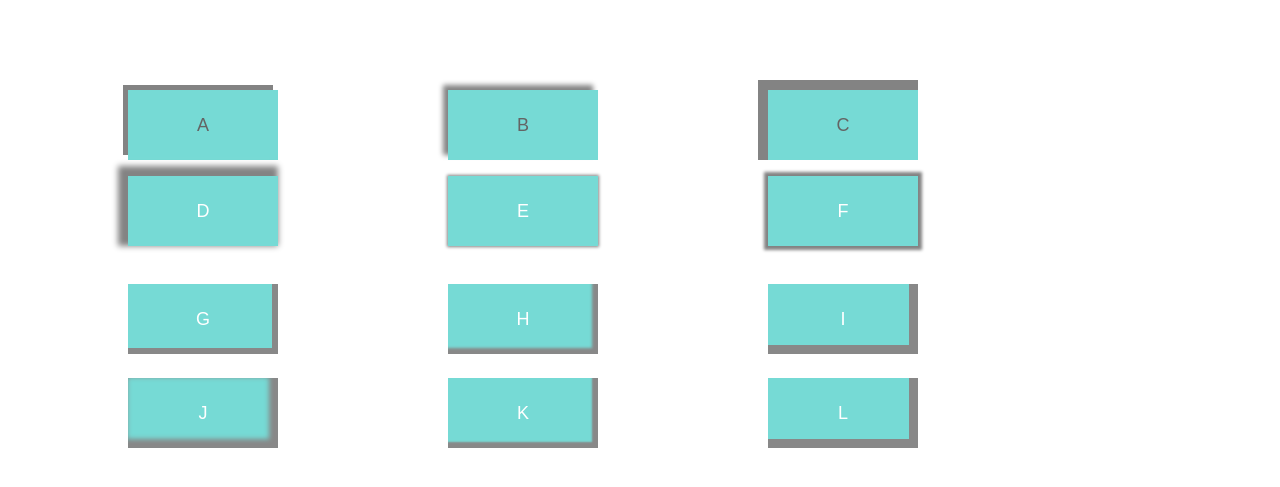
Repository: ThePerez/ArgProg
Page: Practicas ArgProg/Practica 3/Ejercicio 8/index.html
The author's editor kept a copy of each file at every save. The page is drawn from the files as they stood at one save, then again after a run of saves.
The browser window is 1280 px wide. The pictures show the whole page.

Above is the page before, as saved 2023-03-20 18:23:28.

After the next 3 saves:
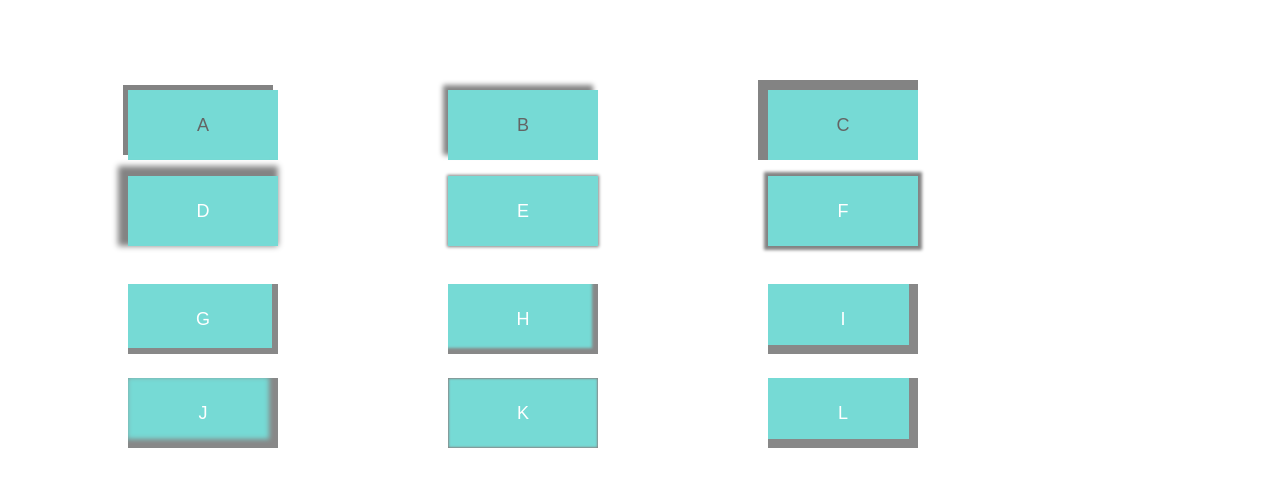
The 3 saves are shown as one change because they came seconds apart.
The last was saved 11 s later.
--- a/Practicas ArgProg/Practica 3/Ejercicio 8/styles.css
+++ b/Practicas ArgProg/Practica 3/Ejercicio 8/styles.css
@@ -174,7 +174,7 @@
      color: #ffffff;
      font-size: 18px;
      background: rgb(118, 218, 213);
-     box-shadow: inset -5px -5px 2px 1px #888;;
+     box-shadow: inset 0px 0px 2px 1px #888;;
      width: 150px;
      height: 70px;
      position: absolute;
